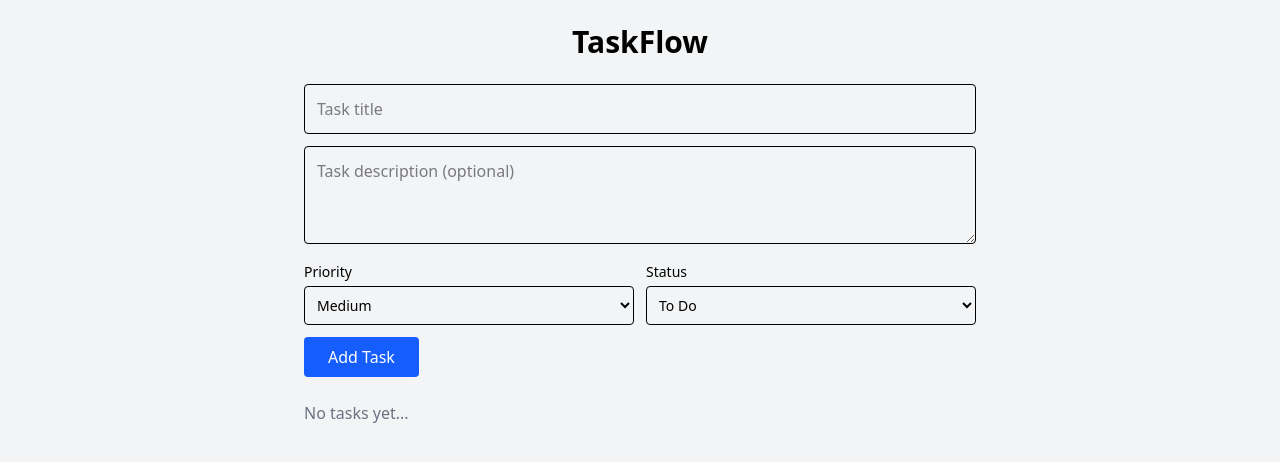
Repository: Manny1294/Taskflow
Page: /
The author's editor kept a copy of each file at every save. The page is drawn from the files as they stood at one save, then again after the next save.
The browser window is 1280 px wide. The pictures show the whole page.
The project was rebuilt for these pictures with package versions that can differ from the ones it lists, and the page was loaded fresh each time. Also part of the build but not shown: vite.config.js, src/components/TaskItem.jsx.

Above is the page before, as saved 2026-02-11 08:50:25.

After the next save:
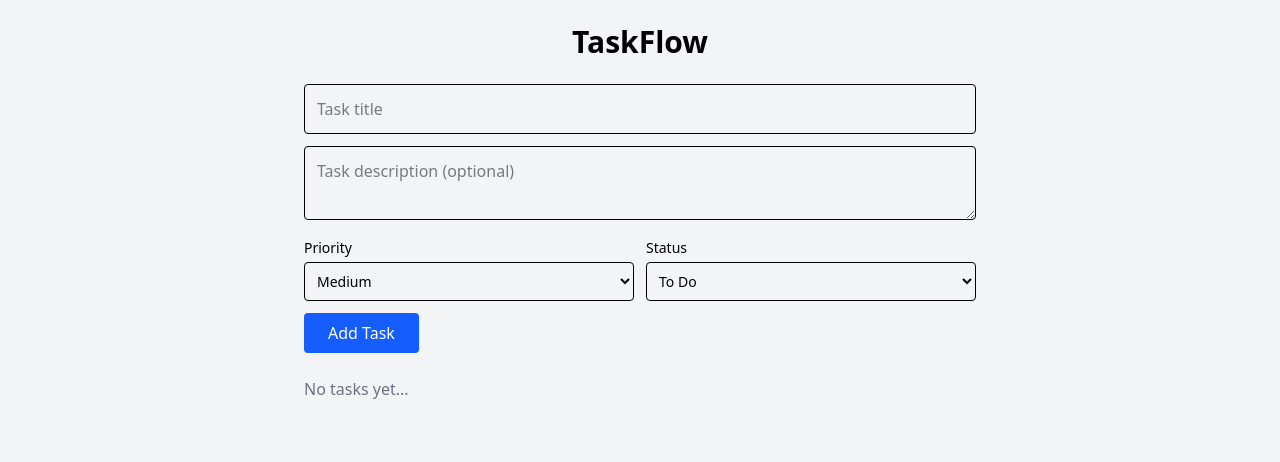
Saved 54 s later.
--- a/src/components/TaskForm.jsx
+++ b/src/components/TaskForm.jsx
@@ -46,7 +46,7 @@
         value={description}
         onChange={(e) => setDescription(e.target.value)}
         maxLength={500}
-        rows={3}
+        rows={2}
       />
 
       <div className="grid gap-3 md:grid-cols-2">

After the save that followed:
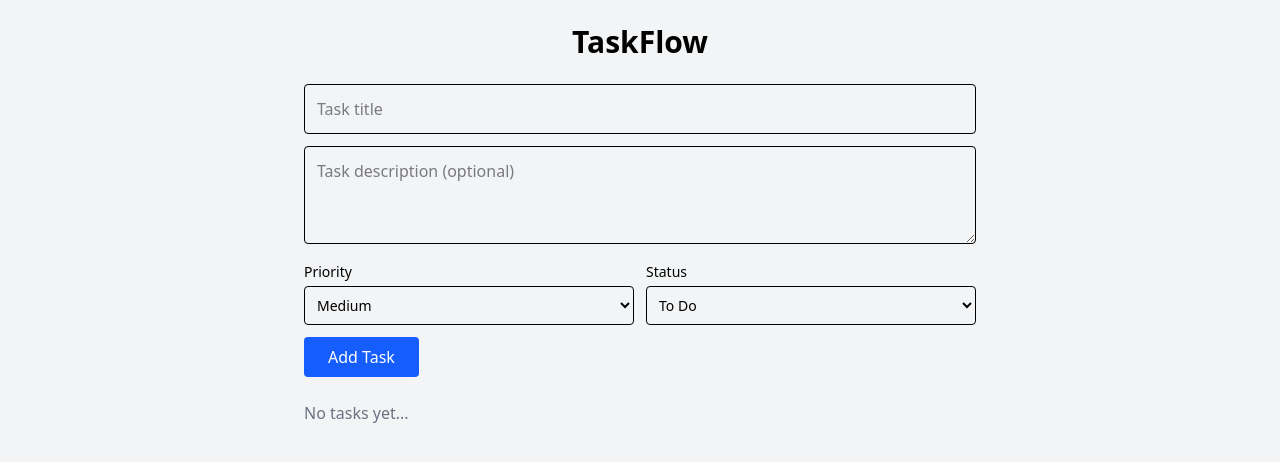
Saved 13 s later.
--- a/src/components/TaskForm.jsx
+++ b/src/components/TaskForm.jsx
@@ -46,7 +46,7 @@
         value={description}
         onChange={(e) => setDescription(e.target.value)}
         maxLength={500}
-        rows={2}
+        rows={3}
       />
 
       <div className="grid gap-3 md:grid-cols-2">
